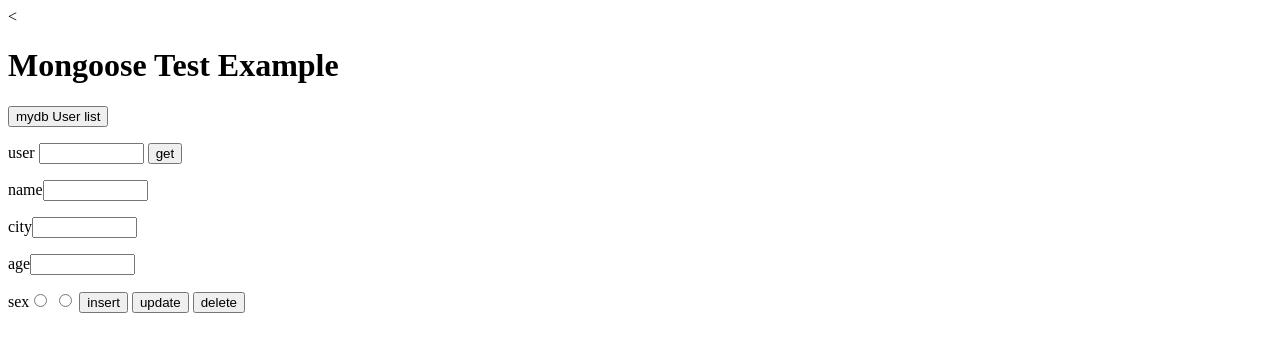
Repository: jaechullee2/anew
Page: node/mongos/views/index.html
The author's editor kept a record of every edit. The page is drawn from the files as they stood at one moment, then again after the next edit.
The browser window is 1280 px wide. The pictures show the whole page.

Above is the page before.

### node/mongos/views/index.html
<!DOCYPE html>
<html>
    <head>
        <<meta charset="utf-8"/>
        <title>Mongoose Module</title>
    </head>
    <body>
        <h1>Mongoose Test Example</h1>
        <form method='post' action=/insert name="mongoform">
            <input type="button" value= "mydb User list" onclick='location.href="/list"'/>
        <p>user <input type="text" size='10' name="userid"/>
        <input type="button" value="get" onclick='location.href="/get?input="+document.mongoform.userid.value'/>
        <p>name<input type="text" size='10' name="name"/>
        <p>city<input type="text" size='10' name="name"/>
        <p>age<input type="text"  size='10' name="name"/>
        <p>sex<input type="radio"  name="sex" value="male"/>
        <input type="radio"  name="sex" value="female"/>

        <input type="submit" value="insert" onclick='this.form.action="/insert"'/>
        <input type="submit" value="update" onclick='this.form.action="/update"'/>
        <input type="submit" value="delete" onclick='this.form.action="/delete"'/>
        </form>
    </body>
</html>

After the next edit:
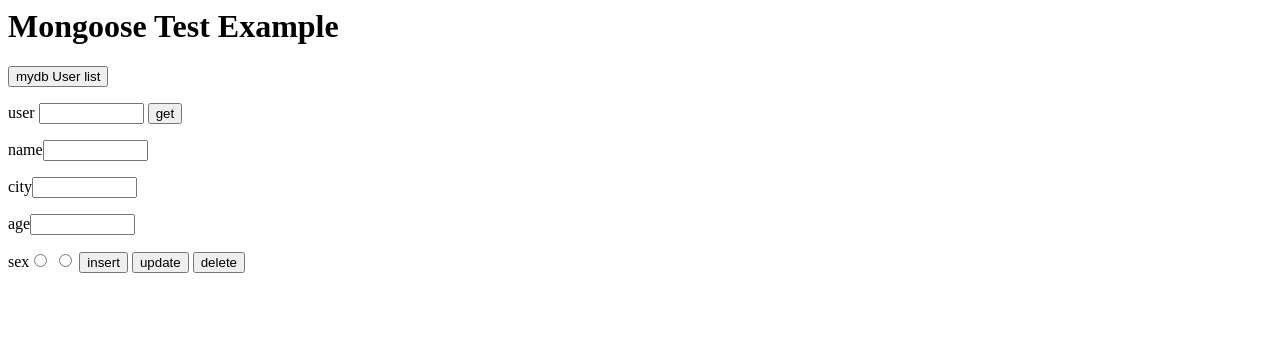
The edit:
--- a/node/mongos/views/index.html
+++ b/node/mongos/views/index.html
@@ -1,7 +1,7 @@
 <!DOCYPE html>
 <html>
     <head>
-        <<meta charset="utf-8"/>
+        <meta charset="utf-8"/>
         <title>Mongoose Module</title>
     </head>
     <body>
